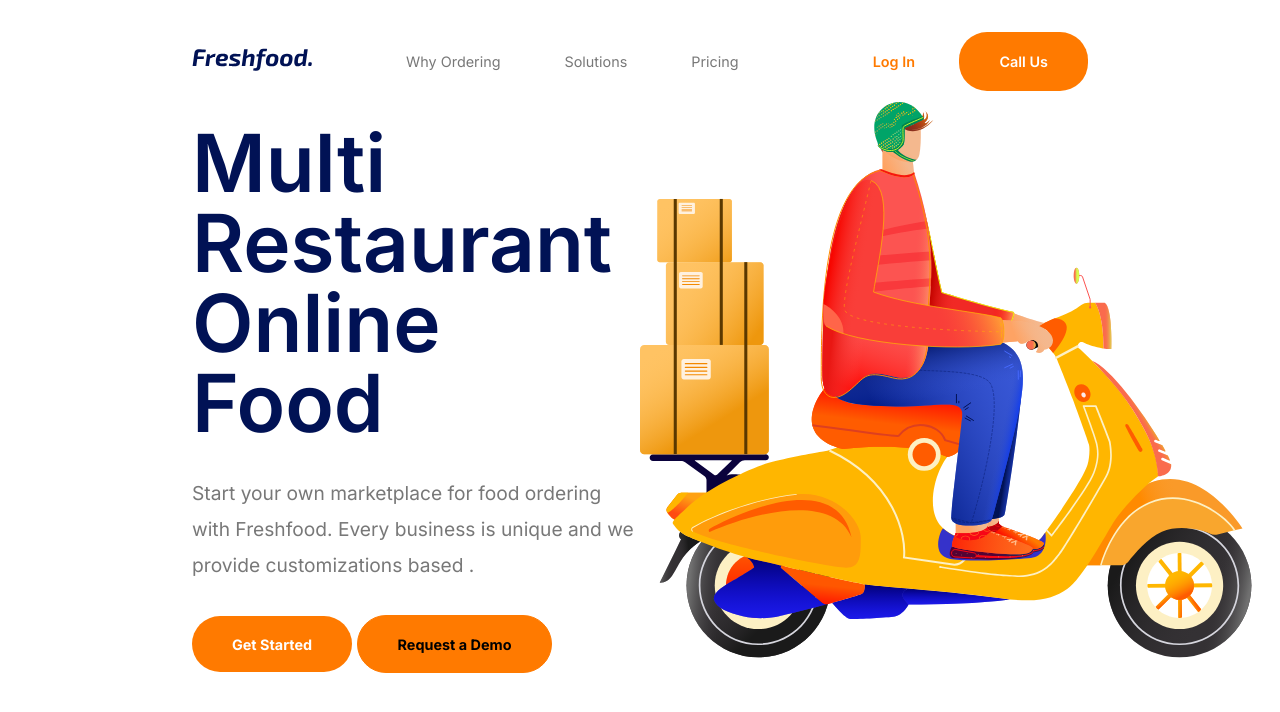
Repository: badhon252/FreshFood
Page: index.html
These files come from the project's save history. The page is drawn as it stood at one moment and after the next save; the edit follows.
The browser window is 1280 px wide. The pictures show the whole page.
The style sheet was rebuilt from its Sass, Less or Tailwind sources for each picture, by a compiler version that may differ from the author's.

Above is the page before, as saved 2022-09-06 00:33:10.

After the next save:
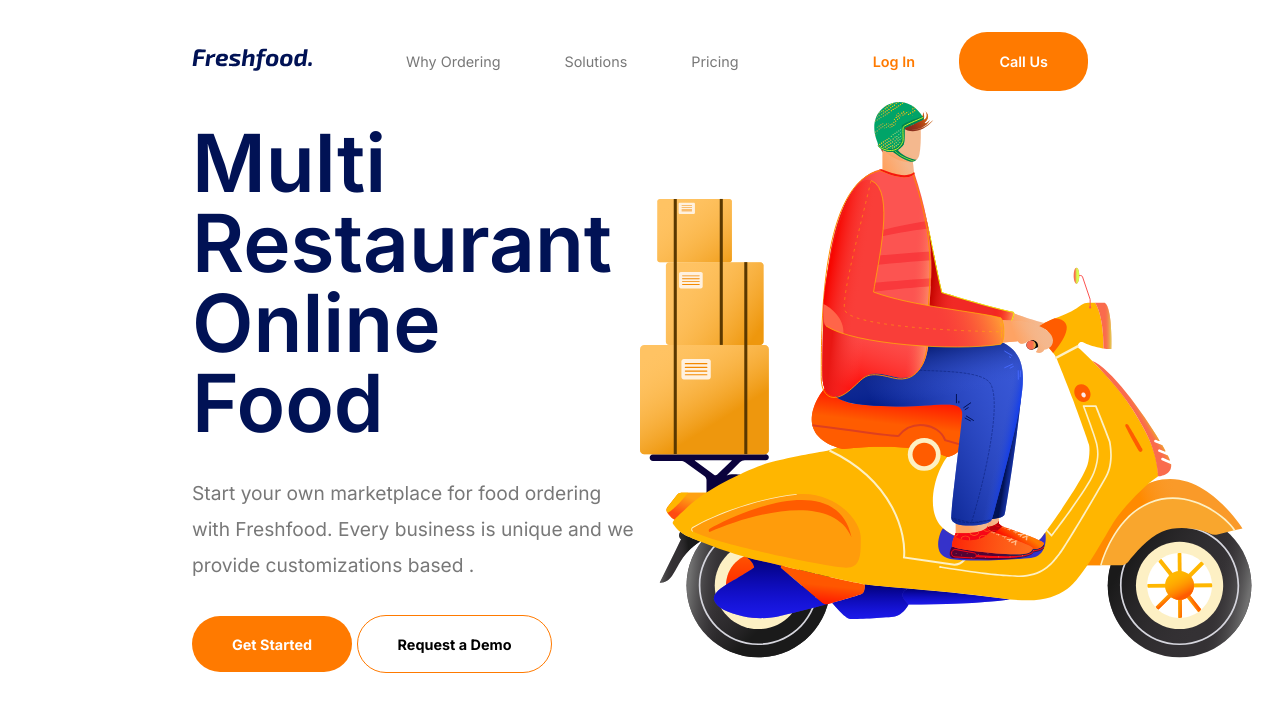
Saved 9 s later.
--- a/scss/style.scss
+++ b/scss/style.scss
@@ -97,7 +97,7 @@
     color: #fff;
   }
   .demo-btn {
-    background-color: #ff7a00;
+    background-color: #ffffff;
     border: 1px solid #ff7a00;
   }
 }
